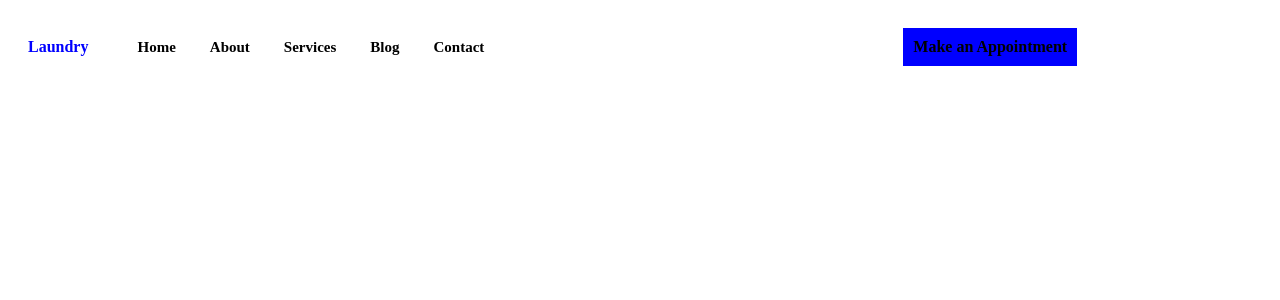
Repository: Tobby004/BDC-Assignment-4
Page: index.html
The author's editor kept a copy of each file at every save. The page is drawn from the files as they stood at one save, then again after the next save.
The browser window is 1280 px wide. The pictures show the whole page.

Above is the page before, as saved 2023-03-08 04:24:27.

### index.html
<!DOCTYPE html>
<html lang="en">
<head>
    <meta charset="UTF-8">
    <meta http-equiv="X-UA-Compatible" content="IE=edge">
    <meta name="viewport" content="width=device-width, initial-scale=1.0">
    <title>template</title>
    <link rel="stylesheet" href="task.css">
</head>
<body>
    <div class="navbar">
    <ul>
        <b>Laundry</b>
        <li><a href="#">Home</a></li>
        <li><a href="#">About</a></li>
        <li><a href="#">Services</a></li>
        <li><a href="#">Blog</a></li>
        <li><a href="#">Contact</a></li>
       <li><b>Make an Appointment</b></li>
    </ul>
    </div>
</body>
</html>

### task.css
* {
    box-sizing: border-box;
}
body {
    background-color: #ffff;
}
.navbar ul {
 margin: auto;
 background-color: white;
 padding: 20px;
}
.navbar li {
    display: inline-block;
}
.navbar b {
    margin-right: 30px;
    color: blue;
}
.navbar a {
    text-decoration: none;
    padding: 15px;
    color: black;
    font-size: 15px;
    font-weight: bold;
    font-family: 'Times New Roman', Times, serif;
}
.navbar li b {
    color: black;
    display: inline-block;
    padding: 10px;
    background-color: blue;
    margin-left: 400px;
}

After the next save:
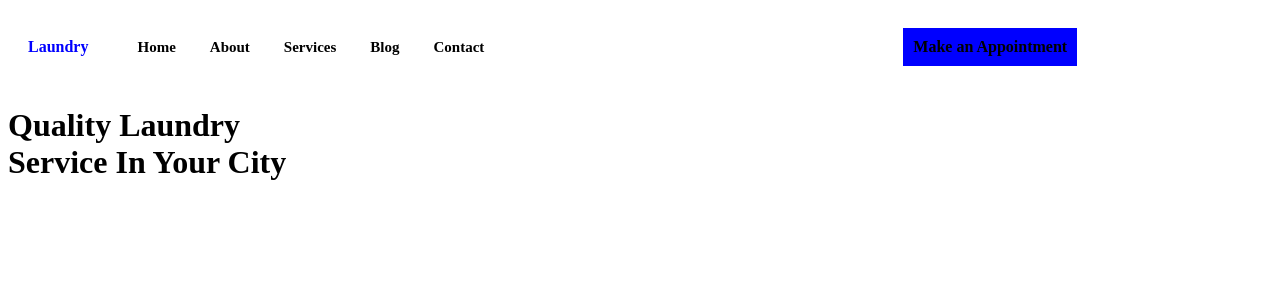
Saved 18 min 6 s later.
--- a/index.html
+++ b/index.html
@@ -19,5 +19,6 @@
        <li><b>Make an Appointment</b></li>
     </ul>
     </div>
+    <h1> Quality Laundry <br> Service In Your City</h1>
 </body>
 </html>
